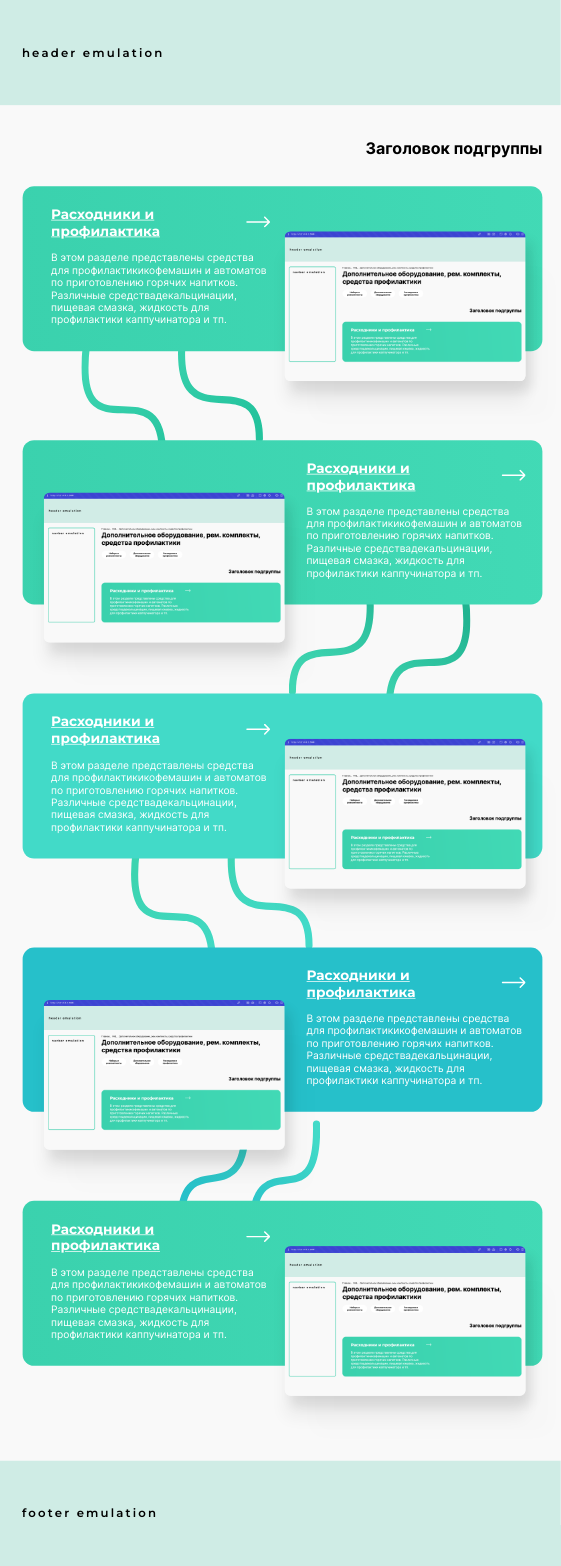
Repository: axonde/venpart-faq-pages
Page: index.html
An editor plug-in stored every save of this project. The page is shown before and after the next save, followed by the edit.
The browser window is 768 px wide. The pictures show the whole page, at 73% of full size.

Above is the page before, as saved 2024-02-28 20:11:45.

After the next save:
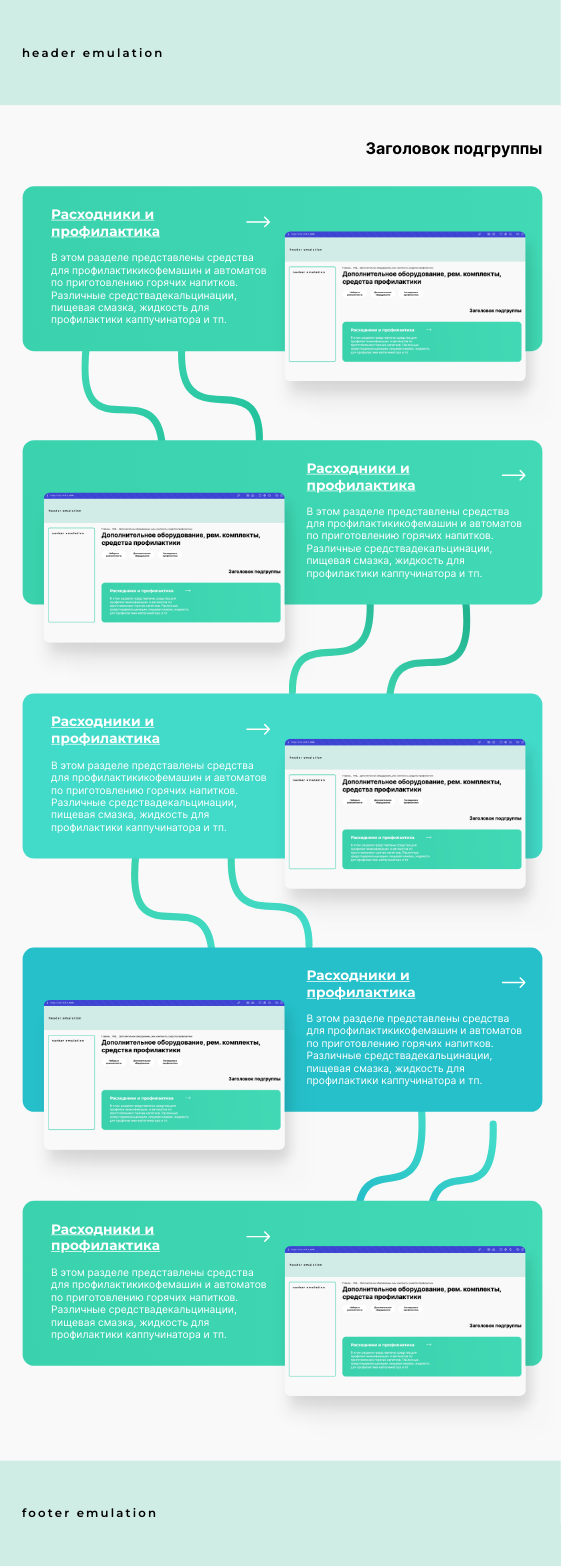
Saved 26 s later.
--- a/style.css
+++ b/style.css
@@ -655,12 +655,9 @@ scrollbar-width: none; /* Firefox */}
 		transform: scale(0.7);
     bottom: -190px;
     left: 27px;}
-	.faq__item:nth-child(2n)::after {
-		right: 45px;}
-	.faq__item:nth-child(3n)::after {
-		left: 95px;}
-	.faq__item:nth-child(4n)::after {
-		left: 170px;}
+	.faq__item:nth-child(2n)::after {right: 45px;}
+	.faq__item:nth-child(3n)::after {left: 95px;}
+	.faq__item:nth-child(4n)::after {left: initial; right: 20px;}
 
 		.faq__item--text-wrapper {
 			max-width: 378px;
